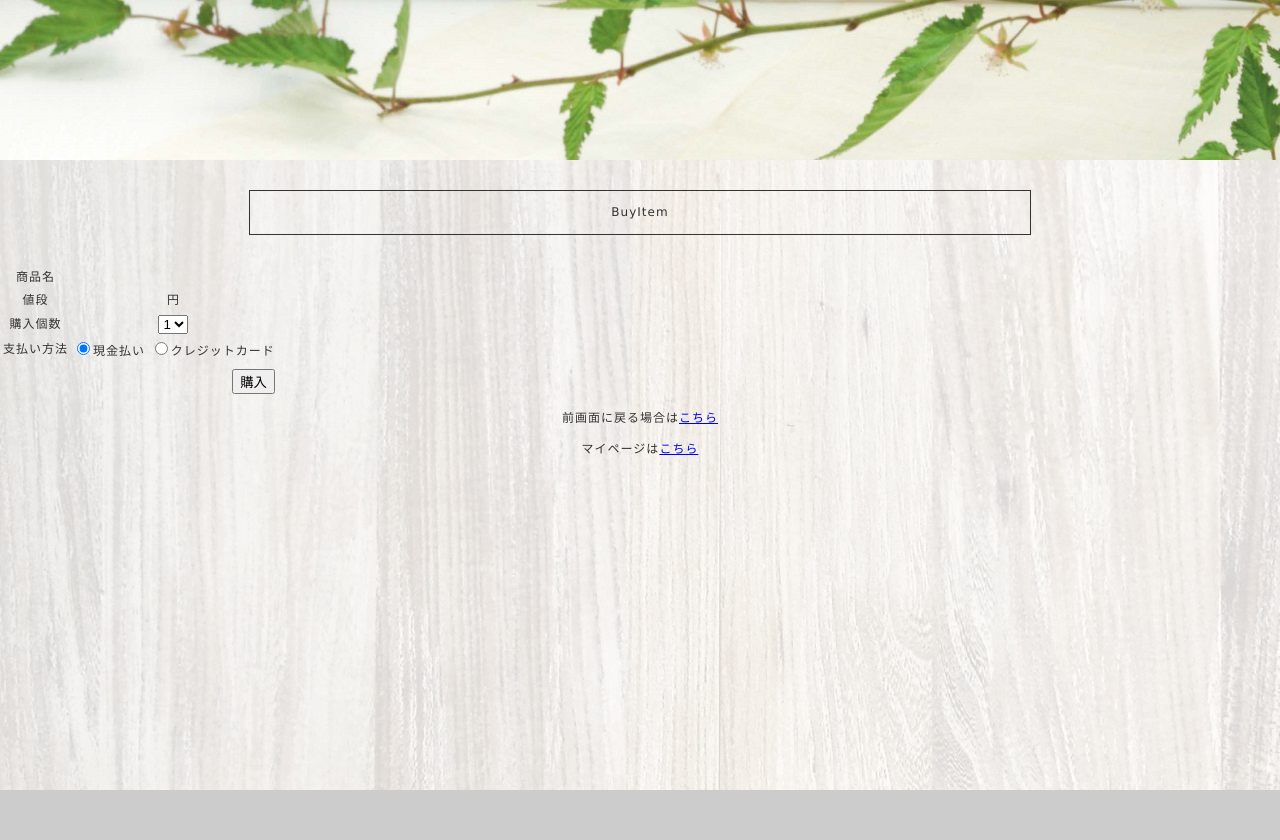
Repository: hiranatsu/ECtest
Page: http://localhost/myecsite01/jsp/buyItem.jsp
The author's editor kept a copy of each file at every save. The page is drawn from the files as they stood at one save, then again after the next save.
The browser window is 1280 px wide. The pictures show the whole page.
The page is served by Tomcat 9. Other server files are loaded and not shown.

Above is the page before, as saved 2018-09-19 02:16:25.

### myecsite01/WebContent/jsp/buyItem.jsp
<%@ page language="java" contentType="text/html; charset=UTF-8"
    pageEncoding="UTF-8"%>
<%@ taglib prefix="s" uri="/struts-tags" %>
<!DOCTYPE html>
<html>
<head>

	<meta http-equiv="Content-Type" content="text/html; charset=UTF-8"/>
	<meta http-equiv="Content-Style-Type" content="text/css"/>
	<meta http-equiv="Content-Script-Type" content="text/javascript"/>
	<meta http-equiv="itemtoolbar" content="no"/>
	<meta name="description" content=""/>
	<meta name="keywords" content=""/>
	<title>BuyItem画面</title>

	<style type="text/css">
	body{
	margin:0;
	padding:0;
	line-height:1.6;
	letter-spacing:1px;
	font-family:Verdana,Helvetica,sans-serif;
	font-size:12px;
	color:#333;
	background-image:url("../jsp/haikei1.jpg");
	}

	table{
	text-align:center;
	margin 0 auto;
	}

	#top{
	width:780px;
	margin:30px auto;
	border:1px solid #333;
	}

	#header{
	height:100px;
	padding:30px;
	background-image:url("../jsp/ocha.jpg");
	background size:cover;
	text-align:center;
	}

	#main{
	width:100%;
	height:600px;
	text-align:center;
	}
	#footer{
	width:100%;
	height:50px;
	background-color:#CCCCCC;
	clear:both;
	}
	</style>

</head>
<body>
	<div id="header">
		<div id="pr"></div>
	</div>
	<div id="main">
		<div id="top">
			<p>BuyItem</p>
		</div>
		<div>
			<s:form action="BuyItemAction">
			<table>
				<tr>
					<td><span>商品名</span></td>
					<td><s:property value="session.buyItem_name"/><br></td>
				</tr>
				<tr>
					<td><span>値段</span></td>
					<td><s:property value="session.buyItem_price"/><span>円</span></td>
				</tr>
				<tr>
					<td><span>購入個数</span></td>
					<td>
						<select name="count">
							<option value="1" selected="selected">1</option>
							<option value="2">2</option>
							<option value="3">3</option>
							<option value="4">4</option>
							<option value="5">5</option>
						</select>
					</td>
				</tr>
				<tr>
					<td><span>支払い方法</span></td>
					<td>
						<input type="radio" name="pay" value="1" checked="checked">現金払い
						<input type="radio" name="pay" value="2">クレジットカード
					</td>
				</tr>
				<tr>
					<td><s:submit value="購入"/></td>
				</tr>
			</table>
			</s:form>
			<div>
				<p>前画面に戻る場合は<a href='<s:url action="GoHomeAction"/>'>こちら</a></p>
				<p>マイページは<a href='<s:url action="MyPageAction"/>'>こちら</a></p>
			</div>
		</div>
	</div>
	<div id="footer">
		<div id="pr"></div>
	</div>

</body>
</html>

After the next save:
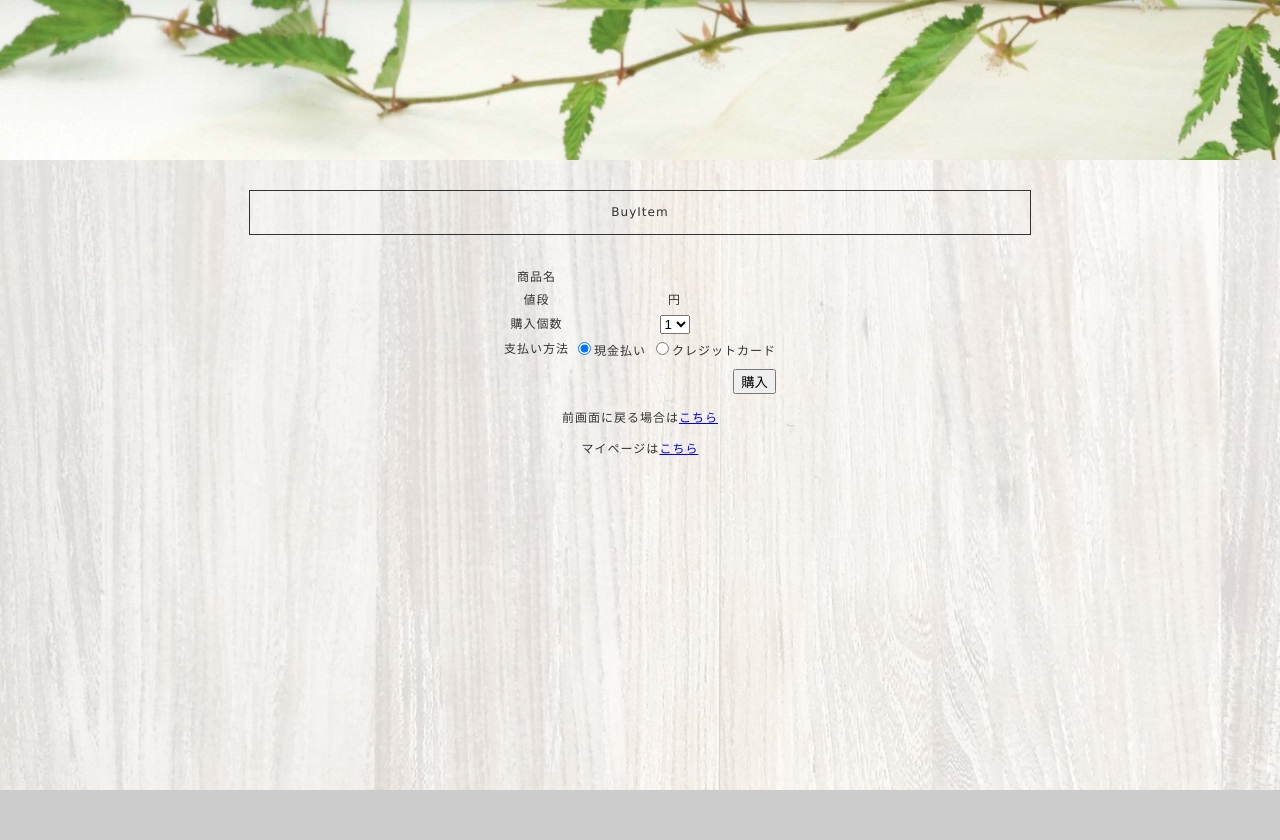
Saved 2 min 27 s later.
--- a/myecsite01/WebContent/jsp/buyItem.jsp
+++ b/myecsite01/WebContent/jsp/buyItem.jsp
@@ -27,7 +27,7 @@
 
 	table{
 	text-align:center;
-	margin 0 auto;
+	margin: 0 auto;
 	}
 
 	#top{
